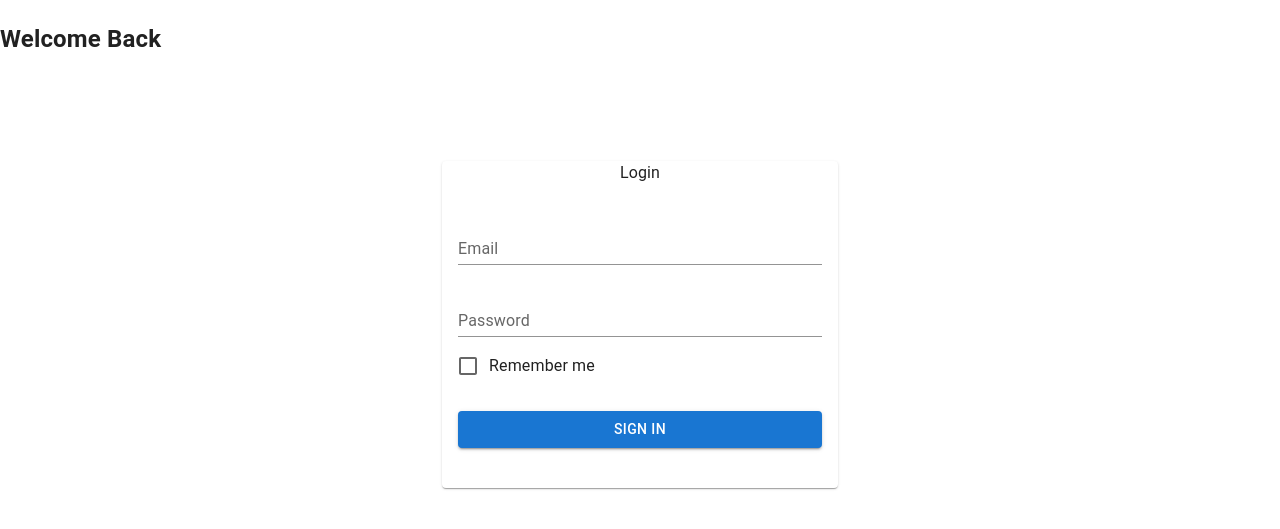
Repository: NGHIAVN1/Note
Page: /
An editor plug-in stored every save of this project. The page is shown before and after the next save, followed by the edit.
The browser window is 1280 px wide. The pictures show the whole page.
The project was rebuilt for these pictures with package versions that can differ from the ones it lists, and the page was loaded fresh each time. Also part of the build but not shown: vite.config.js, src/Register.jsx, src/Pet.jsx, src/useBreedList.jsx, src/SearchParams.jsx.

Above is the page before, as saved 2024-03-05 18:42:19.

### src/index.html
<!DOCTYPE html>
<html lang="en">

<head>
  <meta charset="UTF-8">
  <meta name="viewport" content="width=device-width, initial-scale=1.0">
  <meta http-equiv="X-UA-Compatible" content="ie=edge">
  <title>Adopt Me</title>
</head>

<body>
  <div id="root">not rendered</div>
  <script type="module" src="./App.jsx">
    // Your code is going to go here

  </script>
</body>

</html>

### src/App.jsx
import React from "react";
import "./Register";
import "./LoginPages";
import "./SearchParams";
import { createRoot } from "react-dom/client";
import SearchParams from "./SearchParams";
import RegisterUser from "./Register";
import LoginPage from "./LoginPages";

const App = () => {
  return (
    <div>
      <h1></h1>
      <h2>Welcome Back</h2>
      <LoginPage />
    </div>
  );
};

const container = document.getElementById("root");
const root = createRoot(container);
root.render(React.createElement(App));

### src/LoginPages.jsx
import {
  CardContent,
  CardHeader,
  CssBaseline,
  TextField,
  Typography,
} from "@mui/material";
import Container from "@mui/material/Container";
import Card from "@mui/material/Card";
import { dark } from "@mui/material/styles/createPalette";
import Box from "@mui/material/Box";
import FormControlLabel from "@mui/material/FormControlLabel";
import Button from "@mui/material/Button";
import Checkbox from "@mui/material/Checkbox";
import Grid from "@mui/material/Grid";
// const defaultTheme = createTheme();
const LoginPage = () => {
  return (
    <div>
      <Container component="main" maxWidth="xs">
        <CssBaseline />
        <Box
          sx={{
            marginTop: 8,
            display: "flex",
            flexDirection: "column",
            alignItems: "center",
          }}
        >
          <Card
            sx={{
              marginTop: 5,
              display: "flex",
              flexDirection: "column",
              alignItems: "center",
            }}
          >
            <Typography sx={{ frontSize: 20 }} color={dark}>
              Login
            </Typography>
            <Box component="form" submit>
              <CardContent>
                <TextField
                  variant="standard"
                  label="Email"
                  fullWidth
                  margin="normal"
                />
                <TextField
                  variant="standard"
                  label="Password"
                  fullWidth
                  margin="normal"
                />
                <FormControlLabel
                  control={<Checkbox value="remember" color="primary" />}
                  label="Remember me"
                />
                <Button
                  type="submit"
                  fullWidth
                  variant="contained"
                  sx={{ mt: 3, mb: 2 }}
                >
                  Sign In
                </Button>
              </CardContent>
            </Box>
          </Card>
        </Box>
      </Container>
    </div>
  );
};
export default LoginPage;

After the next save:
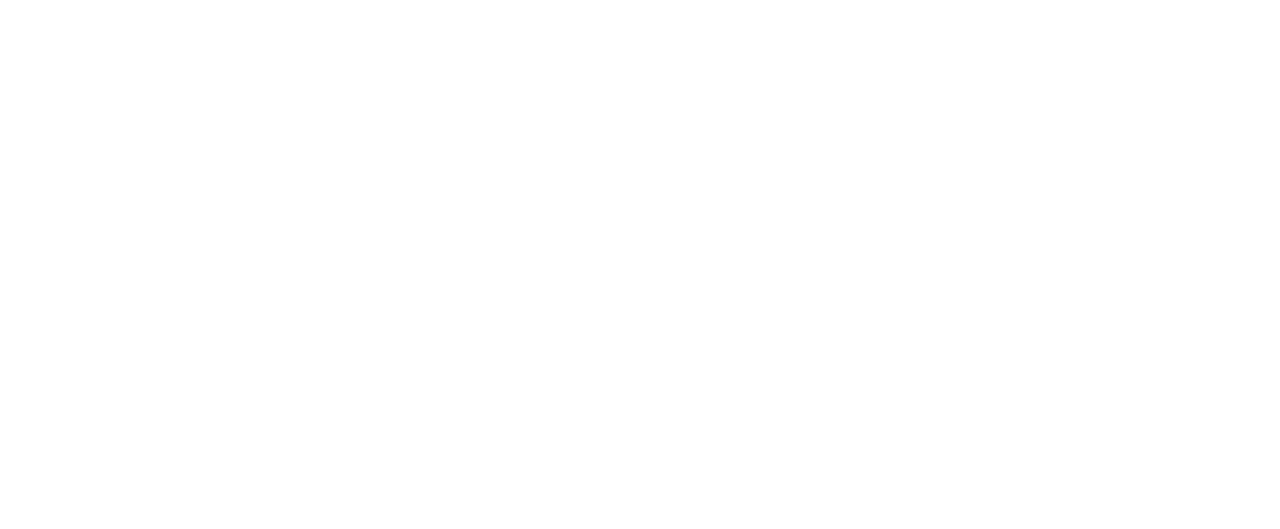
Console error: TypeError: Cannot read properties of undefined (reading 'muiName')
Saved 30 s later.
--- a/src/LoginPages.jsx
+++ b/src/LoginPages.jsx
@@ -47,7 +47,7 @@
                   margin="normal"
                 />
                 <TextField
-                  variant="standard"
+                  variant="password"
                   label="Password"
                   fullWidth
                   margin="normal"

After the save that followed:
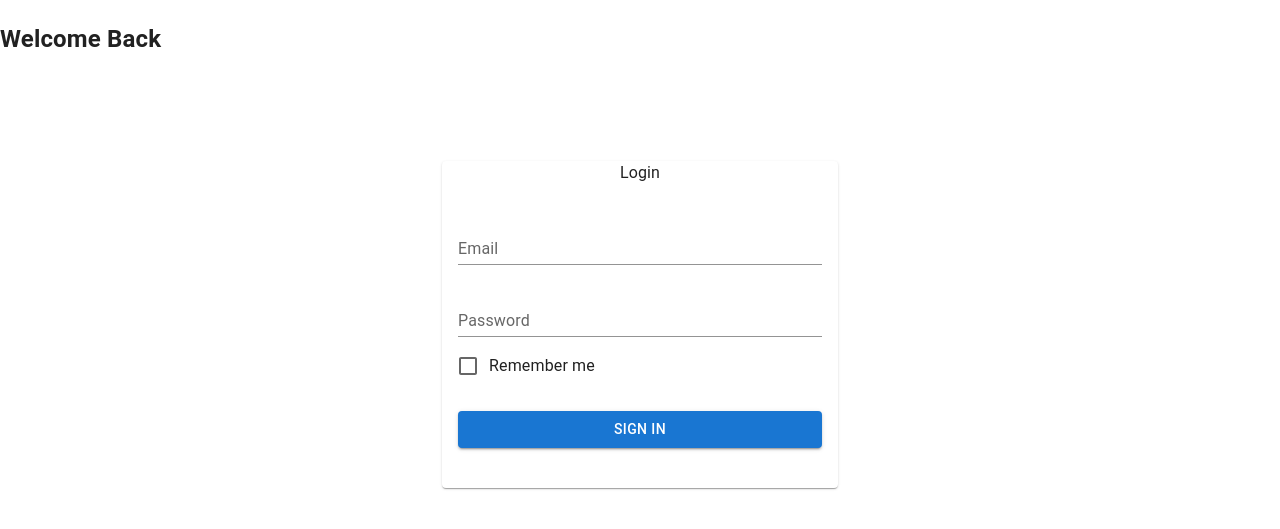
The error is gone.
Saved 15 s later.
--- a/src/LoginPages.jsx
+++ b/src/LoginPages.jsx
@@ -47,7 +47,7 @@
                   margin="normal"
                 />
                 <TextField
-                  variant="password"
+                  variant="standard"
                   label="Password"
                   fullWidth
                   margin="normal"
